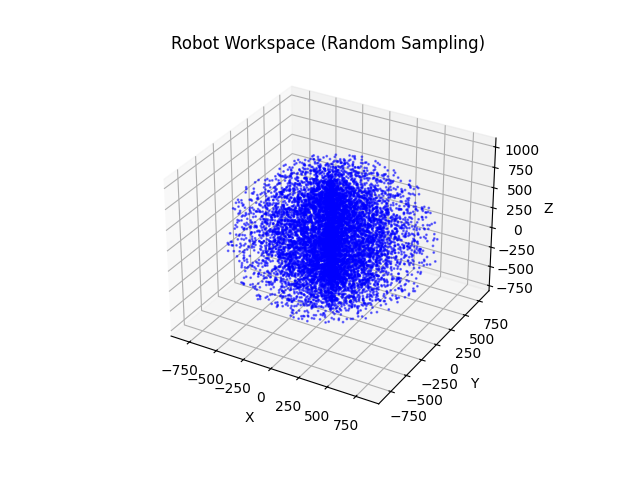
Repository: perfectdude719/neural_network_for_robot_arm
Script's output: python inverse_kinematics_for_robosurgeon/plot_ws.py
The author's editor kept a copy of each file at every save. The script's output is drawn from the files as they stood at one save, then again after the next save.
Random numbers start from a fixed seed.

Above is the script's output before, as saved 2025-02-15 21:11:19.

After the next save:
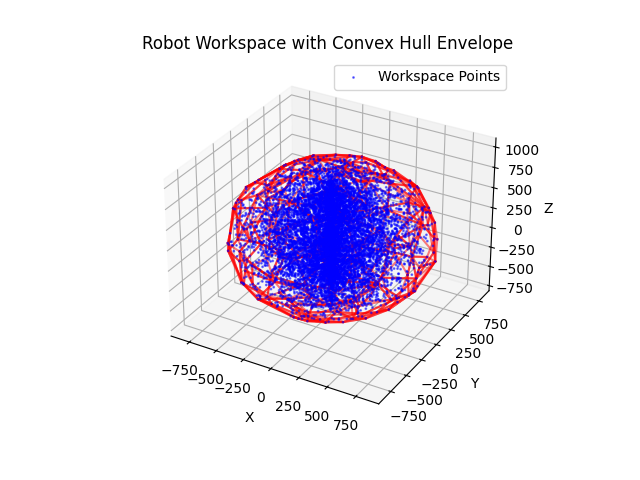
Saved 2 min 34 s later.
--- a/inverse_kinematics_for_robosurgeon/plot_ws.py
+++ b/inverse_kinematics_for_robosurgeon/plot_ws.py
@@ -1,11 +1,12 @@
 import numpy as np
 import matplotlib.pyplot as plt
 from mpl_toolkits.mplot3d import Axes3D
+from scipy.spatial import ConvexHull
 import forward_kinematics  # Ensure this module has the `fk` function
 
-def plot_workspace_random_sampling(n, alpha, a, d, angle_range=(-180, 180), num_samples=10000):
+def plot_workspace_with_convex_hull(n, alpha, a, d, angle_range=(-180, 180), num_samples=10000):
     """
-    Plot the workspace using random sampling for high-DOF robots.
+    Plot the workspace and its convex hull envelope.
 
     Parameters:
         n (int): Number of joints.
@@ -26,17 +27,24 @@ def plot_workspace_random_sampling(n, alpha, a, d, angle_range=(-180, 180), num_
 
     workspace_points = np.array(workspace_points)
 
-    # Plot the workspace
+    # Compute the convex hull
+    hull = ConvexHull(workspace_points)
+
+    # Plot the workspace points
     fig = plt.figure()
     ax = fig.add_subplot(111, projection='3d')
-    ax.scatter(workspace_points[:, 0], workspace_points[:, 1], workspace_points[:, 2], s=1, c='b', alpha=0.5)
+    ax.scatter(workspace_points[:, 0], workspace_points[:, 1], workspace_points[:, 2], s=1, c='b', alpha=0.5, label='Workspace Points')
+
+    # Plot the convex hull
+    for simplex in hull.simplices:
+        ax.plot(workspace_points[simplex, 0], workspace_points[simplex, 1], workspace_points[simplex, 2], 'r-', alpha=0.5)
+
     ax.set_xlabel('X')
     ax.set_ylabel('Y')
     ax.set_zlabel('Z')
-    ax.set_title('Robot Workspace (Random Sampling)')
+    ax.set_title('Robot Workspace with Convex Hull Envelope')
+    ax.legend()
     plt.show()
-
-
 
 # Example usage:
 n = 7  # Number of links
@@ -44,5 +52,5 @@ alpha = np.array([90, 0, 0, 90, -90, -90, 0])  # Link twist angles in degrees
 a = np.array([0, 218, 196, 36, 0, 7.5, 11])  # Link lengths
 d = np.array([147, 0, 0, 0, 425, 0, 0])  # Link offsets
 
-# Example usage with random sampling
-plot_workspace_random_sampling(n, alpha, a, d, angle_range=(-180, 180), num_samples=10000)
+# Plot the workspace with convex hull envelope
+plot_workspace_with_convex_hull(n, alpha, a, d, angle_range=(-180, 180), num_samples=10000)
